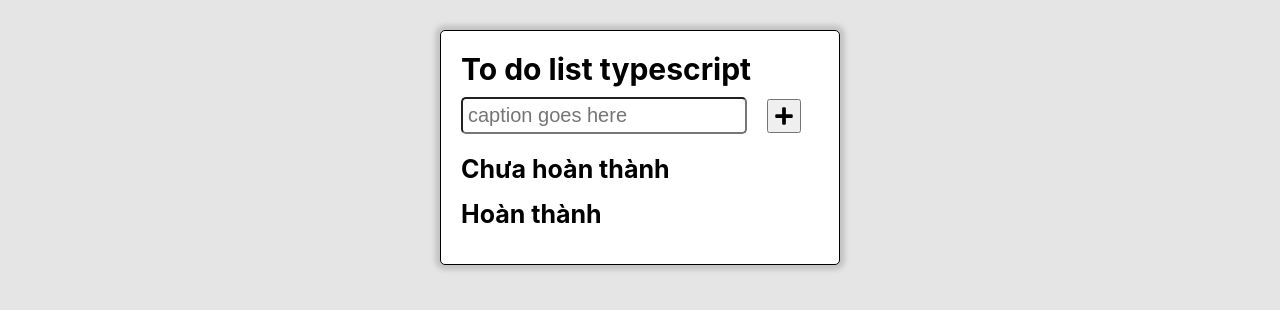
Repository: Nhatktvn/TodoListReactTs
Page: /
These files come from the project's save history. The page is drawn as it stood at one moment and after the next save; the edit follows.
The browser window is 1280 px wide. The pictures show the whole page.
The project was rebuilt for these pictures with package versions that can differ from the ones it lists, and the page was loaded fresh each time.

Above is the page before, as saved 2023-11-08 16:50:24.

### src/index.css
* {
  margin: 0;
  padding: 0;
  box-sizing: border-box;
}

html {
  font-size: 10px;
  --font-size: 2rem;
}

body {
  margin: 0;
  font-family: -apple-system, BlinkMacSystemFont, 'Segoe UI', 'Roboto', 'Oxygen', 'Ubuntu', 'Cantarell', 'Fira Sans',
    'Droid Sans', 'Helvetica Neue', sans-serif;
  -webkit-font-smoothing: antialiased;
  -moz-osx-font-smoothing: grayscale;
  background-color: #e5e5e5;
}

input,
button {
  font-size: var(--font-size);
}
code {
  font-family: source-code-pro, Menlo, Monaco, Consolas, 'Courier New', monospace;
}

### src/App.tsx
import React from 'react'
import './App.css'
import TodoList from './components/TodoList/TodoList'

function App() {
  return (
    <div className='App'>
      <TodoList />
    </div>
  )
}

export default App

### src/components/TodoList/TodoList.tsx
import React, { useState, useEffect } from 'react'
import styles from './todoList.module.scss'
import TaskInput from '../TaskInput/TaskInput'
import { Todo } from '../../@types/todo.type'
import TaskList from '../TaskList/TaskList'
export default function TodoList() {
  const [currentTodo, setCurrentTodo] = useState<Todo | null>(null)
  const [listTask, setListTask] = useState<Todo[]>([])
  const doneTasks = listTask.filter((task) => task.done)
  const notDoneTasks = listTask.filter((task) => !task.done)
  useEffect(() => {
    const todosString = localStorage.getItem('todos')
    const listTaskParse = JSON.parse(todosString || '[]')
    setListTask(listTaskParse)
  }, [])

  const handleSaveStorage = (todos: Todo[]) => {
    const todosString = JSON.stringify(todos)
    localStorage.setItem('todos', todosString)
  }

  const addTodo = (name: String) => {
    const todo: Todo = { done: false, name, id: listTask.length + 1 }
    setListTask((prev) => [...prev, todo])
    const todosObject = [...listTask, todo]
    handleSaveStorage(todosObject)
  }
  const handleEditDoneTodos = (id: number, done: boolean) => {
    setListTask((prev) => {
      return prev.map((todo) => {
        if (todo.id === id) {
          return { ...todo, done }
        }
        return todo
      })
    })
    const todosObject = listTask.map((todo) => {
      if (todo.id === id) {
        return { ...todo, done }
      }
      return todo
    })
    handleSaveStorage(todosObject)
  }

  const handleGetCurrentTodo = (id: number) => {
    const findTodo = listTask.find((todo) => todo.id === id)
    if (findTodo) {
      setCurrentTodo(findTodo)
    }
  }

  const handleEditNameTodos = (id: number, name: String) => {
    setListTask((prev) => {
      return prev.map((todo) => {
        if (todo.id === id) {
          return { ...todo, name }
        }
        return todo
      })
    })
    setCurrentTodo(null)
  }

  const handleDelete = (id: number) => {
    setListTask((prev) => {
      return prev.filter((todo) => {
        if (todo.id !== id) {
          return todo
        }
      })
    })
    const todosObject = listTask.filter((todo) => {
      if (todo.id !== id) {
        return todo
      }
    })
    handleSaveStorage(todosObject)
  }

  return (
    <div className={styles.todoList}>
      <div className={styles.todoListContainer}>
        <TaskInput addTodo={addTodo} currentTodo={currentTodo} handleEditNameTodos={handleEditNameTodos} />
        <TaskList
          doneTaskList={false}
          todos={notDoneTasks}
          handleEditDoneTodos={handleEditDoneTodos}
          handleDelete={handleDelete}
          handleGetCurrentTodo={handleGetCurrentTodo}
        />
        <TaskList
          doneTaskList={true}
          todos={doneTasks}
          handleEditDoneTodos={handleEditDoneTodos}
          handleDelete={handleDelete}
          handleGetCurrentTodo={handleGetCurrentTodo}
        />
      </div>
    </div>
  )
}

### src/components/TodoList/todoList.module.scss
.todoList {
  padding: 3rem;
}
.todoListContainer {
  background-color: #fff;
  padding: 2rem;
  max-width: 40rem;
  border-radius: 5px;
  margin: 0 auto;
  border: 1px solid #000;
  box-shadow: 0px 0px 5px 5px #c4c4c4;
  text-align: left;
}

### src/components/TaskInput/TaskInput.tsx
import React, { useState, useEffect } from 'react'
import styles from './taskInput.module.scss'
import { FaPlus } from 'react-icons/fa'
import { Todo } from '../../@types/todo.type'
interface TaskInputProps {
  addTodo: (name: String) => void
  currentTodo: Todo | null
  handleEditNameTodos: (id: number, name: String) => void
}
export default function TaskInput(props: TaskInputProps) {
  const { addTodo, currentTodo, handleEditNameTodos } = props
  const [inputTask, setTaskInput] = useState<String>('')
  useEffect(() => {
    if (currentTodo) {
      setTaskInput(currentTodo.name)
    }
  }, [currentTodo])
  const handleSubmit = (e: React.FormEvent<HTMLFormElement>) => {
    e.preventDefault()
    if (inputTask === '') {
      alert('Vui lòng không để trống')
      return
    }
    if (currentTodo) {
      handleEditNameTodos(currentTodo.id, inputTask)
    } else {
      addTodo(inputTask)
    }
    setTaskInput('')
  }
  return (
    <div>
      <h1 className={styles.title}>To do list typescript</h1>
      <form className={styles.form} onSubmit={handleSubmit}>
        <input
          type='text'
          placeholder='caption goes here'
          value={`${inputTask}`}
          onChange={(e) => setTaskInput(e.target.value)}
        />
        <button type='submit'>
          <FaPlus />
        </button>
      </form>
    </div>
  )
}

### src/components/TaskList/TaskList.tsx
import React from 'react'
import styles from './tasklist.module.scss'
import { AiFillEdit } from 'react-icons/ai'
import { MdDelete } from 'react-icons/md'
import { Todo } from '../../@types/todo.type'
interface TaskLiskProps {
  doneTaskList: boolean
  todos: Todo[]
  handleEditDoneTodos: (id: number, done: boolean) => void
  handleDelete: (id: number) => void
  handleGetCurrentTodo: (id: number) => void
}
export default function TaskList(props: TaskLiskProps) {
  const { doneTaskList, todos, handleEditDoneTodos, handleDelete, handleGetCurrentTodo } = props

  return (
    <div>
      <h2 className={styles.title}>{doneTaskList ? 'Hoàn thành' : 'Chưa hoàn thành'}</h2>
      <div className={styles.tasks}>
        {todos.map((val) => {
          return (
            <div className={styles.task} key={val.id}>
              <input type='checkbox' checked={val.done} onChange={() => handleEditDoneTodos(val.id, !val.done)} />
              <span className={`${styles.taskName} ${val.done ? styles.taskNameDone : ''}`}>{val.name}</span>
              <div className={styles.taskAction}>
                <button className={styles.btn} onClick={() => handleGetCurrentTodo(val.id)}>
                  <AiFillEdit />
                </button>
                <button className={styles.btn} onClick={() => handleDelete(val.id)}>
                  <MdDelete />
                </button>
              </div>
            </div>
          )
        })}
      </div>
    </div>
  )
}

### src/components/TaskInput/taskInput.module.scss
.title {
  font-size: 3rem;
  margin-bottom: 1rem;
}

.form {
  display: flex;
  justify-content: left;
  align-items: center;
  gap: 2rem;
  margin-bottom: 2rem;
  input {
    flex: 0 0 80%;
    max-width: 80%;
    padding: 5px;
    border-radius: 5px;
  }
  button {
    flex-shrink: 0;
    cursor: pointer;
    display: flex;
    justify-content: center;
    align-items: center;
    padding: 5px;
  }
}

### src/components/TaskList/tasklist.module.scss
.title {
  font-size: 2.5rem;
  margin-bottom: 1.5rem;
}
.tasks {
  .task {
    display: flex;
    justify-content: flex-start;
    align-items: center;
    &:not(:last-child) {
      margin-bottom: 1rem;
    }
    input {
      flex: 0 0 10%;
      max-width: 10%;
      height: 2rem;
    }
    .taskName {
      flex: 0 0 70%;
      max-width: 70%;
      font-size: 2rem;
      &.taskNameDone {
        text-decoration: line-through;
        color: rgb(110, 110, 110);
      }
    }
    .taskAction {
      flex: 0 0 20%;
      max-width: 20%;
      display: flex;
      gap: 1rem;
      .btn {
        padding: 2px;
        display: flex;
        justify-content: center;
        align-items: center;
        cursor: pointer;
      }
    }
  }
}

Loaded but not shown: public/index.html (common file); src/index.tsx (common file); src/reportWebVitals.ts (common file); src/App.css (common file)

After the next save:
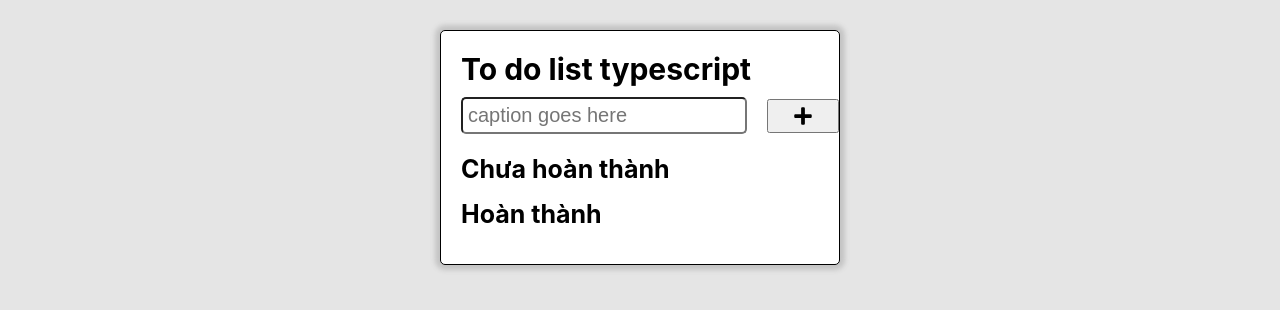
Saved 41 s later.
--- a/src/components/TaskInput/taskInput.module.scss
+++ b/src/components/TaskInput/taskInput.module.scss
@@ -16,6 +16,8 @@
     border-radius: 5px;
   }
   button {
+    flex: 0 0 20%;
+    max-width: 20%;
     flex-shrink: 0;
     cursor: pointer;
     display: flex;
